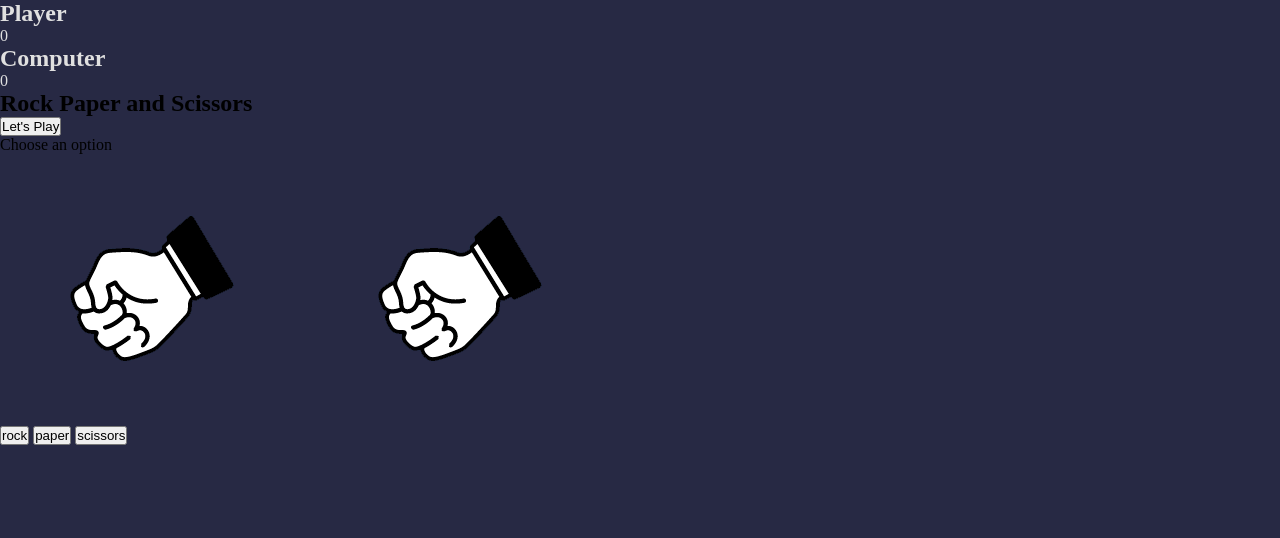
Repository: issaRan/Rock-Paper-Scissors
Page: index.html
The author's editor kept a copy of each file at every save. The page is drawn from the files as they stood at one save, then again after the next save.
The browser window is 1280 px wide. The pictures show the whole page.

Above is the page before, as saved 2020-10-23 22:28:45.

### index.html
<!DOCTYPE html>
<html lang="en">
<head>
    <meta charset="UTF-8">
    <meta name="viewport" content="width=device-width, initial-scale=1.0">
    <title>Rock Paper Scissors</title>
    <link rel="stylesheet" href="./style.css">
    <script src="app.js"></script>
</head>
<body>
    <section class="game">
        <div class="score">
            <div class="player-score">
                <h2>Player</h2>
                <p>0</p>
            </div>
            <div class="computer-score">
                <h2>Computer</h2>
                <p>0</p>
            </div>
        </div>
        <div class="intro">
            <h1>Rock Paper and Scissors</h1>
            <button>Let's Play</button>
        </div>
        <div class="match">
            <div class="winner">Choose an option</div>
            <div class="hands">
                <img class="player-hand" src="assets/rock.png" alt="">
                <img class="computer-hand" src="assets/rock.png" alt="">
            </div>
            <div class="option"></div>
                <button class="rock">rock</button>
                <button class="paper">paper</button>
                <button class="scissors">scissors</button>
        </div>
    </section>
</body>
</html>

### style.css
*{
    margin: 0;
    padding: 0;
    box-sizing: border-box;
}

section{
    height: 100vh;
    background-color: rgba(39, 41, 68);
    font-family: 'Times New Roman', Times, serif;
}
.score{
    color: rgba(224, 224, 224);
}

Loaded but not shown: app.js (no copy from this time; the picture is the same without it)

After the next save:
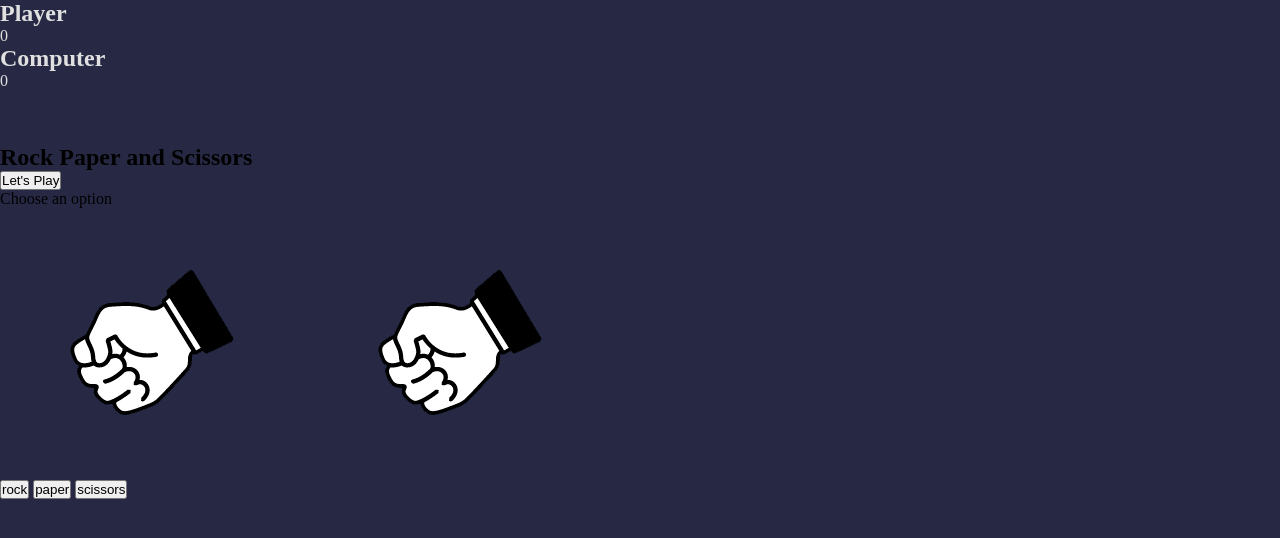
Saved 6 s later.
--- a/style.css
+++ b/style.css
@@ -11,4 +11,5 @@ section{
 }
 .score{
     color: rgba(224, 224, 224);
+    height: 20vh;
 }
